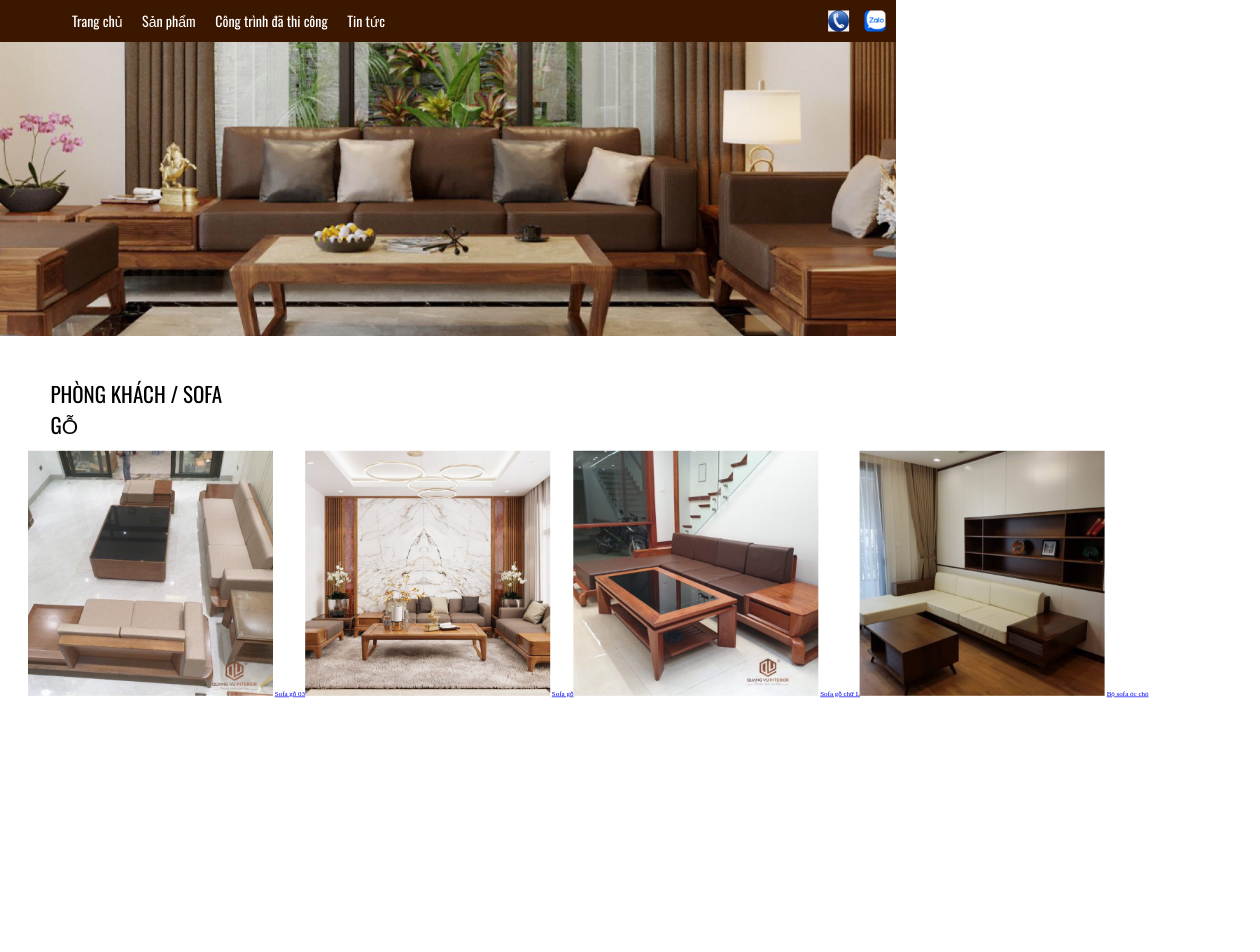
Repository: KHANHD192/FigmaTo-HTML
Page: APP-SHOP/index.html
These files come from the project's save history. The page is drawn as it stood at one moment and after the next save; the edit follows.
The browser window is 1280 px wide. The page is 1800 px wide, so the pictures cover 1800 px, including what lies to the right of the window. The pictures show the part of the page from y = 0 to 1360 px (the page is 4376 px tall), at 70% of full size.

Above is the page before, as saved 2022-11-21 13:01:10.

### APP-SHOP/index.html
<!DOCTYPE html>
<html lang="en">
<head>
    <meta charset="UTF-8">
    <meta http-equiv="X-UA-Compatible" content="IE=edge">
    <meta name="viewport" content="width=device-width, initial-scale=1.0">
    <title>APP-SHOP</title>
    <link rel="stylesheet" href="https://cdnjs.cloudflare.com/ajax/libs/normalize/8.0.1/normalize.min.css" integrity="sha512-NhSC1YmyruXifcj/KFRWoC561YpHpc5Jtzgvbuzx5VozKpWvQ+4nXhPdFgmx8xqexRcpAglTj9sIBWINXa8x5w==" crossorigin="anonymous" referrerpolicy="no-referrer" />
    <link rel="stylesheet" href="./asset/Css_main/base.css">
    <link rel="stylesheet" href="./asset/Css_main/main.css">
    <link rel="preconnect" href="https://fonts.googleapis.com">
     <link rel="preconnect" href="https://fonts.gstatic.com" crossorigin>
</head>
<body>
    <div class="app">
         <header class="app__header">
                 <div class="header__nav-bar">
                    <ul class="nav-bar__item">
                        <li>
                            <a href="./index.html" class="nav-bar__item-link">Trang chủ</a>
                        </li>
                        <li>
                            <a href="#" class="nav-bar__item-link">Sản phẩm</a>
                        </li>
                        <li>
                            <a href="./ctdtc.html" class="nav-bar__item-link">Công trình đã thi công</a>
                        </li>
                        <li>
                            <a href="./tintuc.html" class="nav-bar__item-link">Tin tức</a>
                        </li>
                    </ul>
                    <ul class="nav-bar__icon">
                        <li>
                            <img src="./asset/IMG/image 3.png" alt="" class="logo">
                        </li>
                        <li>
                            <img src="./asset/IMG/image 2.png" alt="" class="logo">
                        </li>
                    </ul>
                 </div>
                 <div class="header__background">
                     <img src="./asset/IMG/image 4.png" alt="background">
                 </div>
         </header>
     <div class="app__container">
        <div class="container__collect">
            <div class="collect1">
                <h2 class="title">PHÒNG KHÁCH / SOFA GỖ</h2>
                <ul class="list__item">
                    <li>
                        <img src="./asset/IMG/image 5.png" alt="" class="item__image">
                        <a href="https://noithatquangvu.vn/san-pham/sofa-go-3/" class="item__image-link">Sofa gỗ 03</a>
                    </li>
                    <li>
                        <img src="./asset/IMG/image 5 (1).png" alt="" class="item__image">
                        <a href="https://noithatquangvu.vn/san-pham/sofa-go/" class="item__image-link">Sofa gỗ</a>
                    </li>
                    <li>
                        <img src="./asset/IMG/image 6.png" alt="" class="item__image">
                        <a href="https://noithatquangvu.vn/san-pham/sofa-go-chu-l/" class="item__image-link">Sofa gỗ chữ L</a>
                    </li>
                    <li>
                        <img src="./asset/IMG/image 6 (1).png" alt="" class="item__image">
                        <a href="https://noithatquangvu.vn/san-pham/bo-sofa-go-oc-cho-ms10/" class="item__image-link">Bộ sofa óc chó</a>
                    </li>

                </ul>
            </div>
        </div>
     </div>
     <footer class="app__footer">

     </footer>
    </div>
</body>
</html>

### APP-SHOP/asset/Css_main/base.css
@import url('https://fonts.googleapis.com/css2?family=Oswald&family=Roboto:wght@100&display=swap');
/* header */
html{
    font-size: 62.5%;
    box-sizing: border-box;
}
.app{
    max-width: 1800px;
}
.app__header{

}
.header__nav-bar{
      display: flex;
      justify-content: space-between;
      height: 60px;
      background-color: #3C1700;;
}
.nav-bar__item {
    width: 603px;
    height: 30px;
    list-style: none;
    display: flex;
    font-family: 'Oswald', sans-serif;
    font-size: 20px;
    line-height: 29.64px;
    margin-top: 15px;
    margin-bottom: 15px ;
    margin-left: 63px;
}
.nav-bar__item-link{
    text-decoration: none;
    color: #FFFFFF;
    margin-right: 28px;
}
.header__nav-bar:not(:last-child){
    margin-right: 0;
}
.nav-bar__icon{
    list-style: none;
    display: flex;
    margin-top: 15px;
    margin-bottom: 15px ;
    margin-right: 15px;
}
.logo{
    width: 30px;
    height: 30px;
}
.logo:last-child{
    margin-left: 22px;
}
.header__background{
    width:100%;
    height: 420px;
}
.header__background img{
    width: 100%;
    height: 100%;
    object-fit: cover;
}
/* footer */

### APP-SHOP/asset/Css_main/main.css
.app__container{
  width: 1800px;
    height: 3835px;
}
.collect1 h2{
    width: 285px;
    height: 42px;
    font-family: 'Oswald', sans-serif;
    font-weight: 400;
    font-size: 30px;
    line-height: 44.46px;
    color: #000000;
    position: relative;
    margin-top: 61px;
    margin-bottom: 61px;
    margin-left: 72px;
}
.collect1 h2::after{
    content: "";
    position: absolute;
    max-width: 1635px;
    height: 4px;
    background-color: #D9D9D9;
    left:0;
    bottom: -10px;

}
.collect1 .list__item{
    list-style: none;
    display: flex;
}

After the next save:
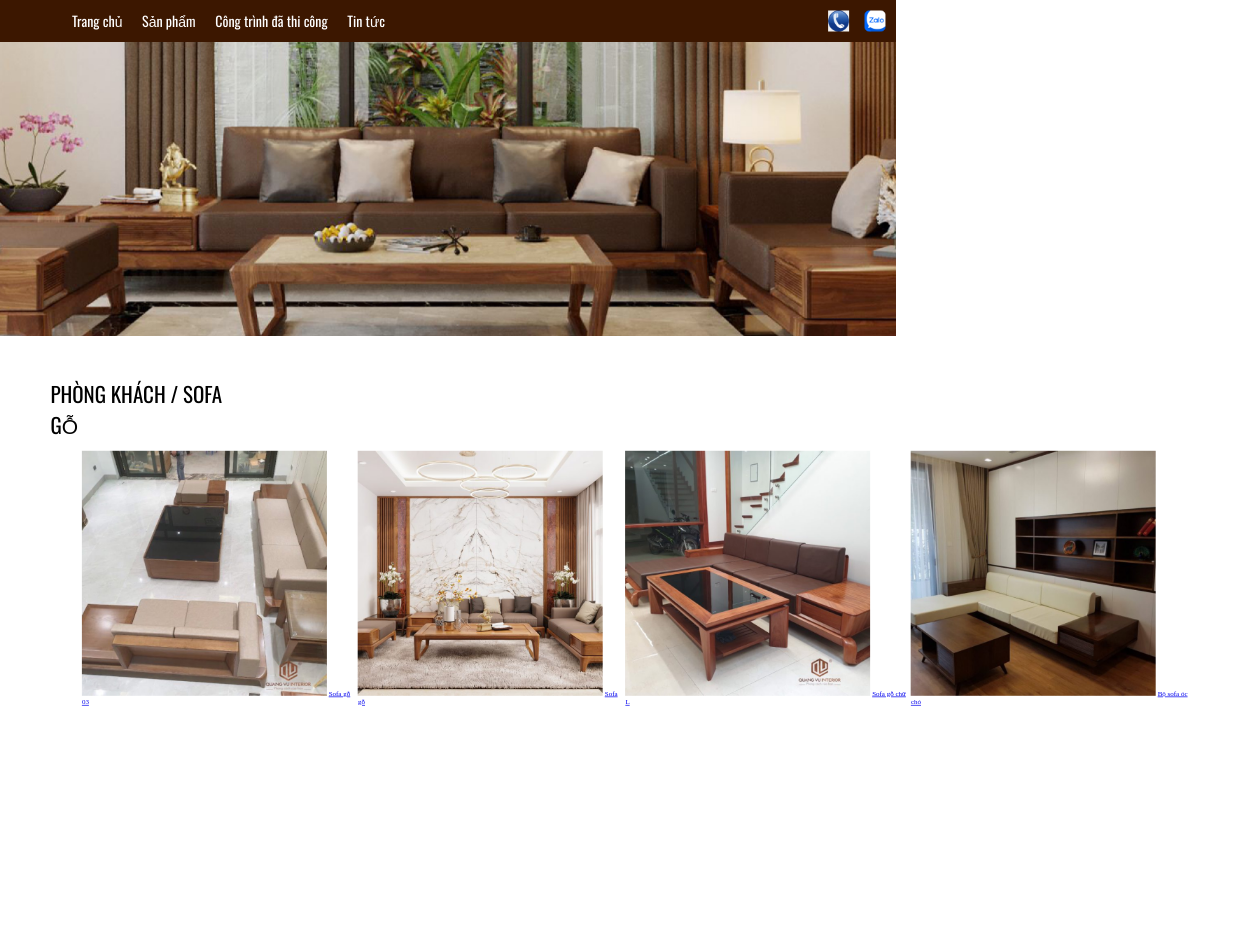
Saved 105 s later.
--- a/APP-SHOP/asset/Css_main/main.css
+++ b/APP-SHOP/asset/Css_main/main.css
@@ -28,4 +28,6 @@
 .collect1 .list__item{
     list-style: none;
     display: flex;
+    margin-left:77px;
+    margin-right: 88px;
 }
